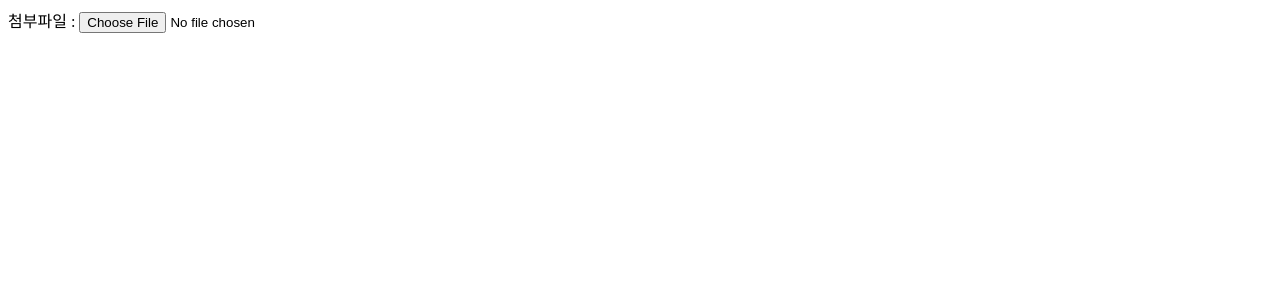
Repository: kimkeng/BackendClass
Page: web/src/main/webapp/fileupload.html
The author's editor kept a copy of each file at every save. The page is drawn from the files as they stood at one save, then again after the next save.
The browser window is 1280 px wide. The pictures show the whole page.

Above is the page before, as saved 2023-08-17 08:04:55.

### web/src/main/webapp/fileupload.html
<!DOCTYPE html>
<html>
<head>
<meta charset="UTF-8">
<title>파일 업로드 기능 만들기</title>
</head>
<body>
첨부파일 : <input type="file" name="imgfile" accept="image/*" >
</body>
</html>

After the next save:
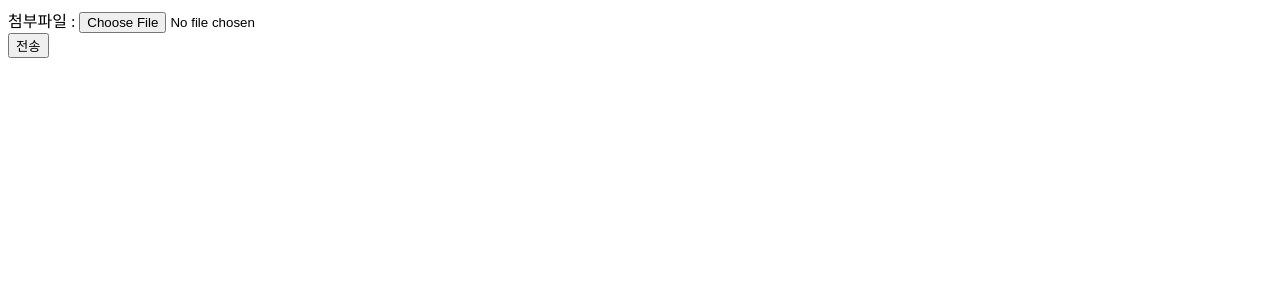
Saved 31 s later.
--- a/web/src/main/webapp/fileupload.html
+++ b/web/src/main/webapp/fileupload.html
@@ -5,6 +5,9 @@
 <title>파일 업로드 기능 만들기</title>
 </head>
 <body>
-첨부파일 : <input type="file" name="imgfile" accept="image/*" >
+<form>
+	첨부파일 : <input type="file" name="imgfile" accept="image/*" > <br>
+	<input type="button" value="전송">
+</form>
 </body>
 </html>
